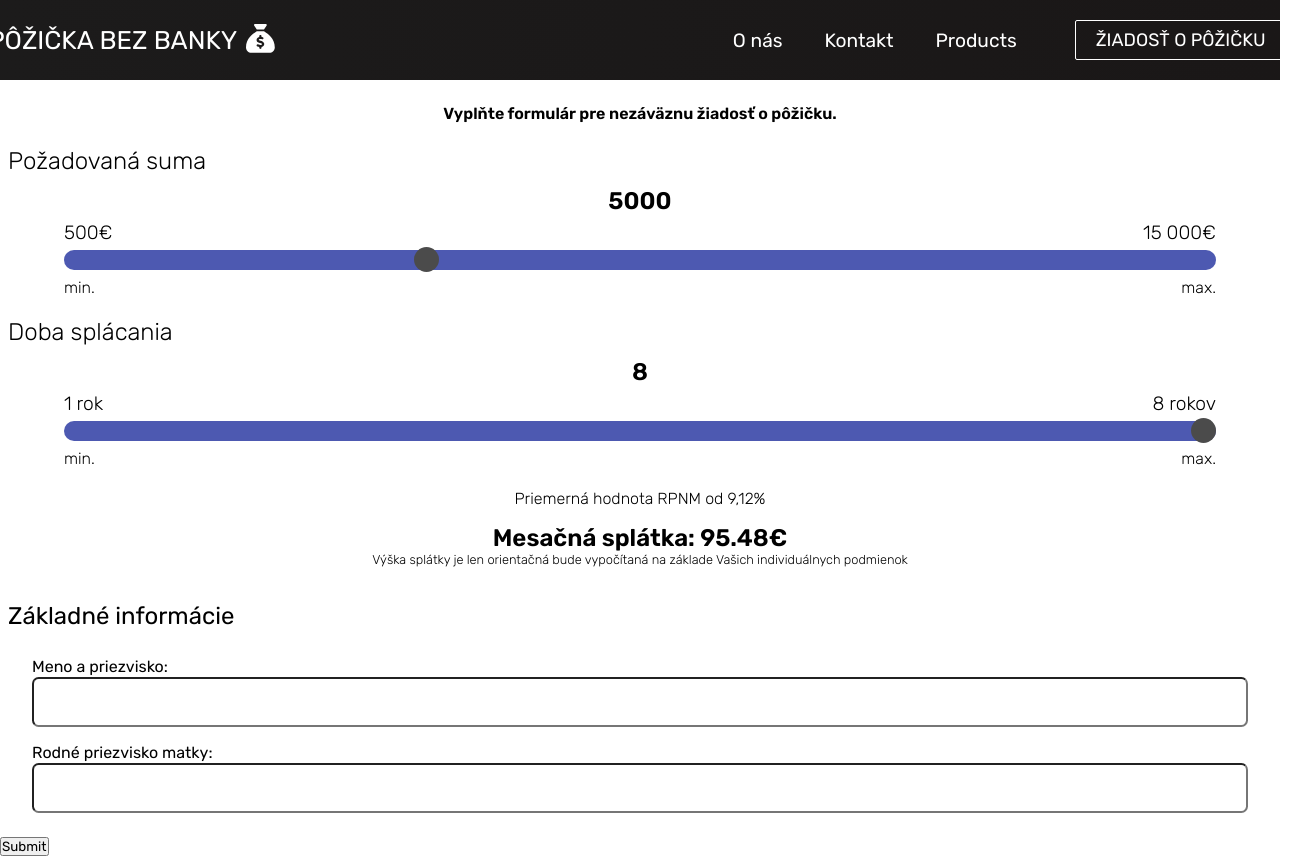
Repository: steve-lgtm/React-website-pozickabezbanky
Page: /ziadost
The author's editor kept a copy of each file at every save. The page is drawn from the files as they stood at one save, then again after the next save.
The browser window is 1280 px wide. The page is 1305 px wide, so the pictures cover 1305 px, including what lies to the right of the window. The pictures show the whole page.
Some web libraries are served in a nearby version. The project was rebuilt for these pictures with package versions that can differ from the ones it lists, and the page was loaded fresh each time. Also part of the build but not shown: src/components/pages/Home.js, src/components/pages/Kontakt.js, src/components/pages/Products.js.

Above is the page before, as saved 2022-07-10 16:24:55.

After the next save:
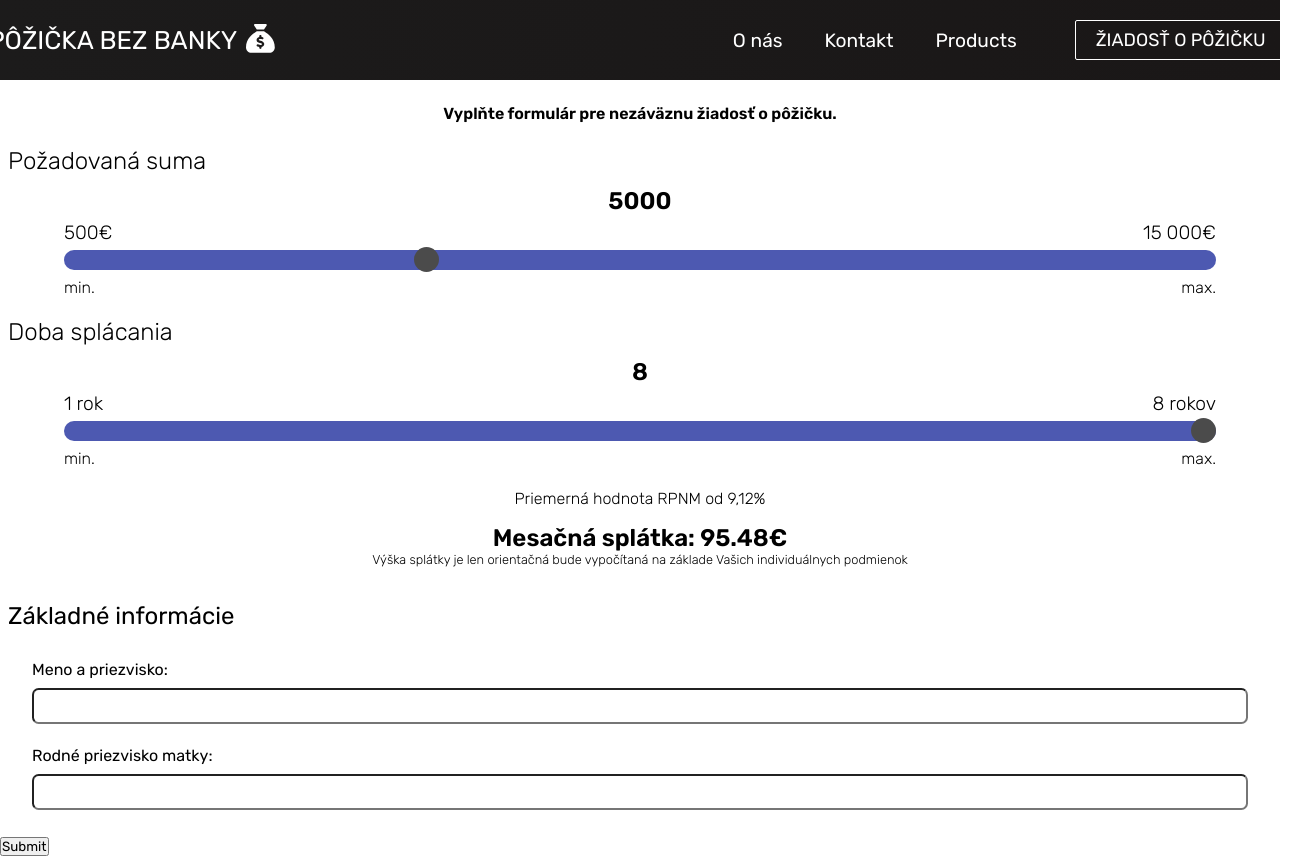
Saved 4 s later.
--- a/src/components/pages/Ziadost.css
+++ b/src/components/pages/Ziadost.css
@@ -95,5 +95,5 @@ font-weight: 300;
 }
 input[type=text] {
     border-radius: 0.5em;
-    height: 7vh;
+    height: 5vh;
 }
